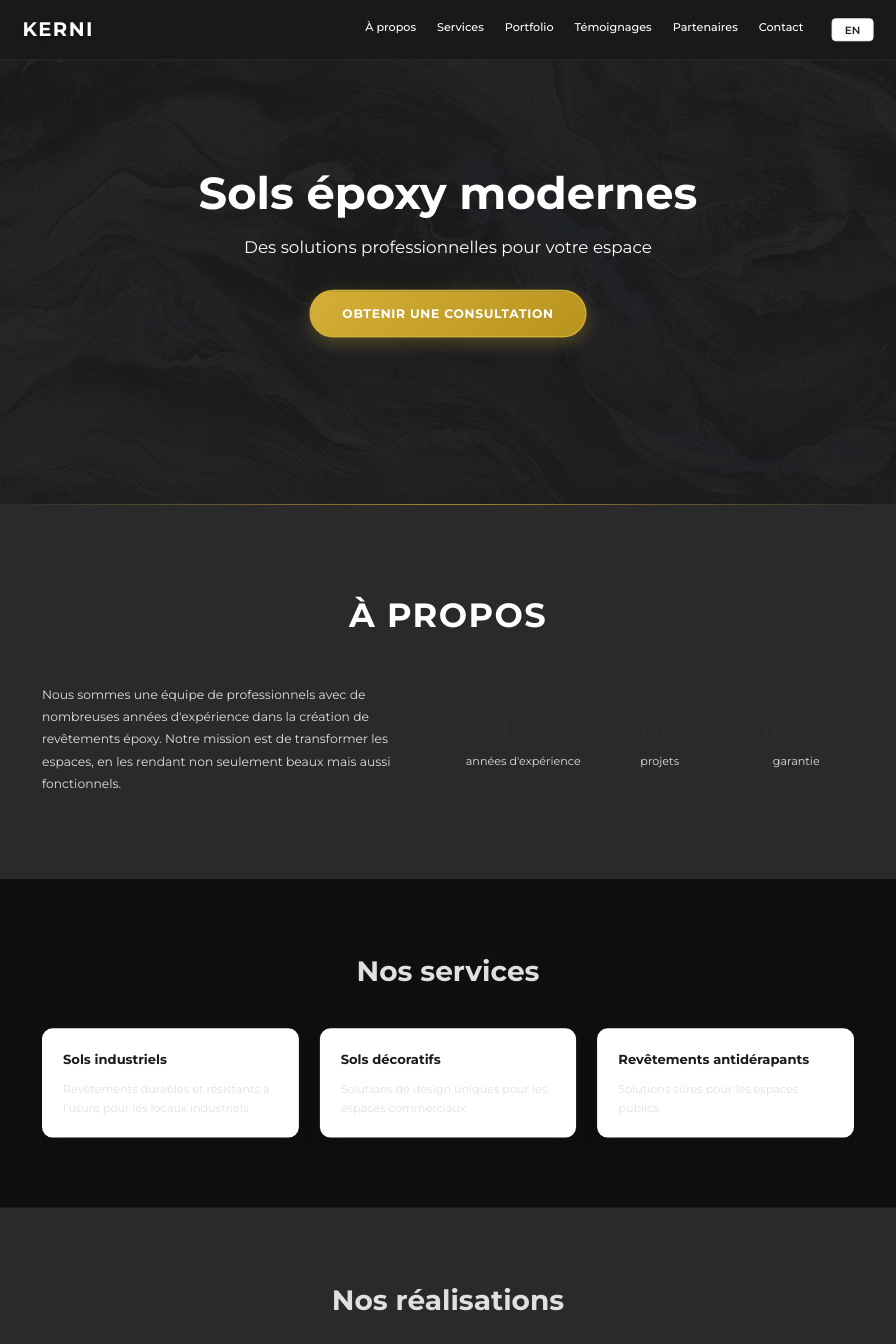
Repository: kerni-ca/kerni-ca
Page: index.html
These files come from the project's save history. The page is drawn as it stood at one moment and after the next save; the edit follows.
The browser window is 1280 px wide. The pictures show the part of the page from y = 0 to 1920 px (the page is 4224 px tall), at 70% of full size.
Backgrounds fixed to the window are drawn as part of the page.

Above is the page before, as saved 2025-07-04 15:34:44.

After the next save:
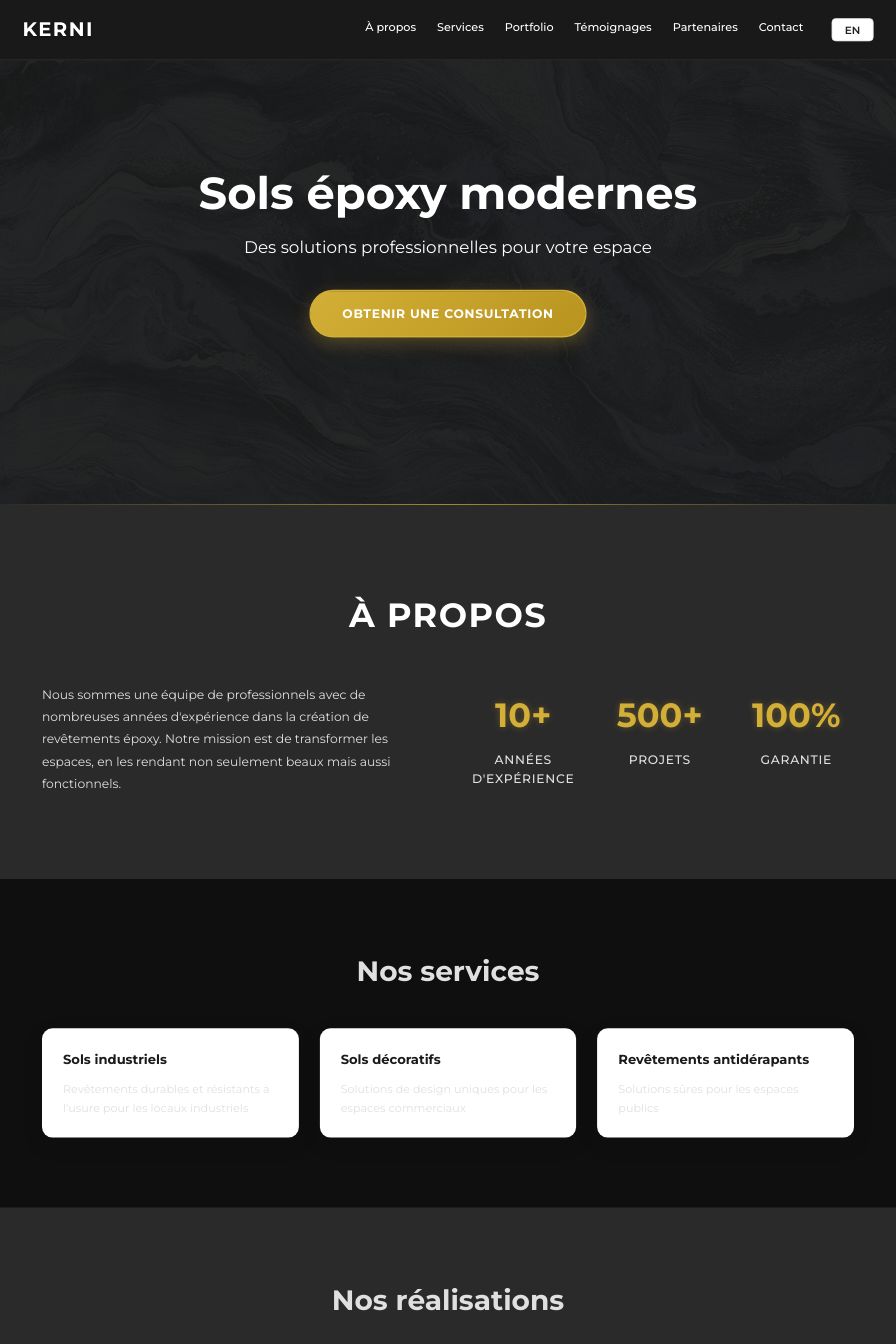
Saved 5 s later.
--- a/styles.css
+++ b/styles.css
@@ -185,14 +185,19 @@ body {
 
 .number {
     display: block;
-    font-size: 2.5rem;
-    font-weight: 700;
-    color: var(--secondary-color);
+    font-size: 3rem;
+    font-weight: 800;
+    color: var(--accent-color);
+    text-shadow: 0 0 10px rgba(212, 175, 55, 0.3);
+    margin-bottom: 10px;
 }
 
 .label {
-    font-size: 1rem;
+    font-size: 1.1rem;
     color: var(--text-color);
+    font-weight: 500;
+    text-transform: uppercase;
+    letter-spacing: 1px;
 }
 
 /* Services Section */
